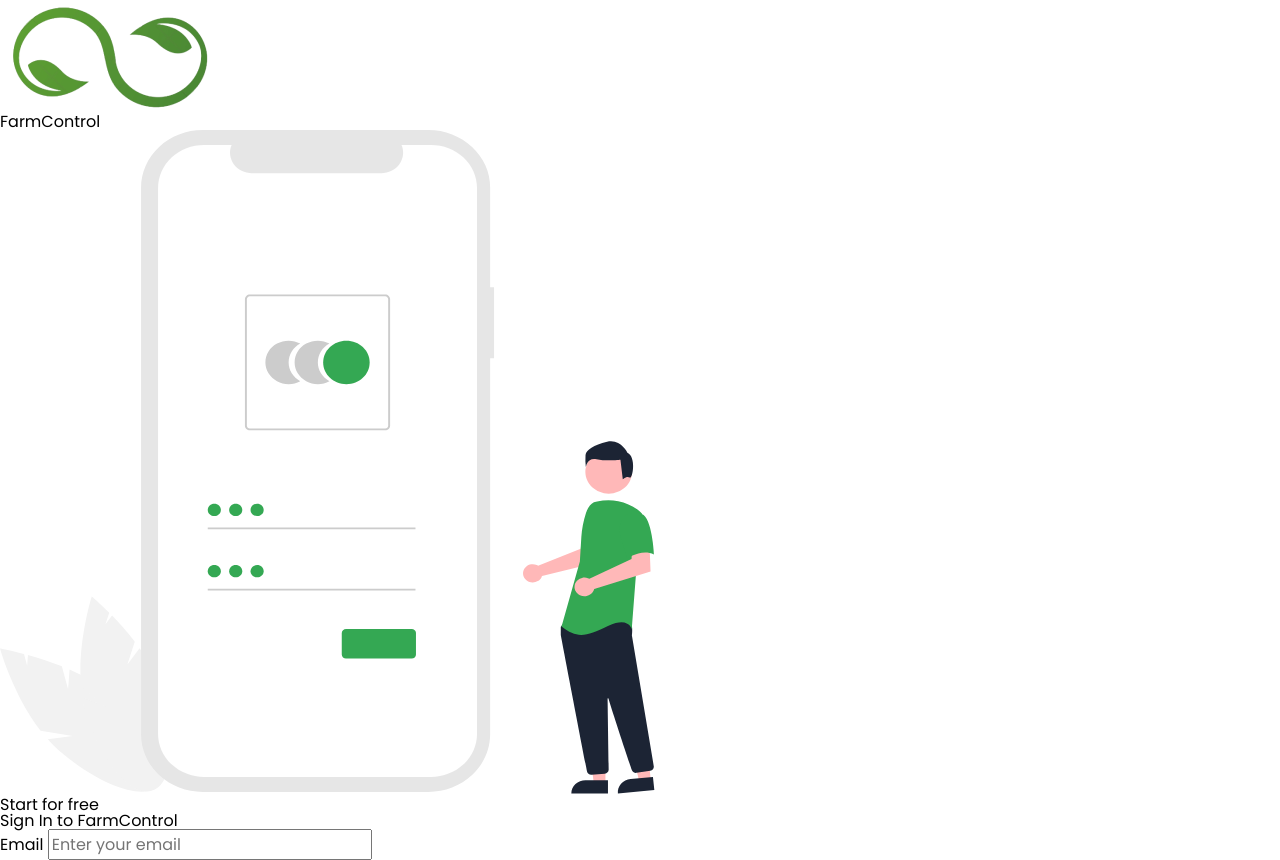
Repository: lehuyen307/System-monitor-plant-healthy-final
Page: ui/login.html
The author's editor kept a copy of each file at every save. The page is drawn from the files as they stood at one save, then again after the next save.
The browser window is 1280 px wide. The pictures show the whole page.
Some web libraries are served in a nearby version.

Above is the page before, as saved 2023-11-09 17:04:13.
Console error: TypeError: Cannot read properties of null (reading 'addEventListener')

After the next save:
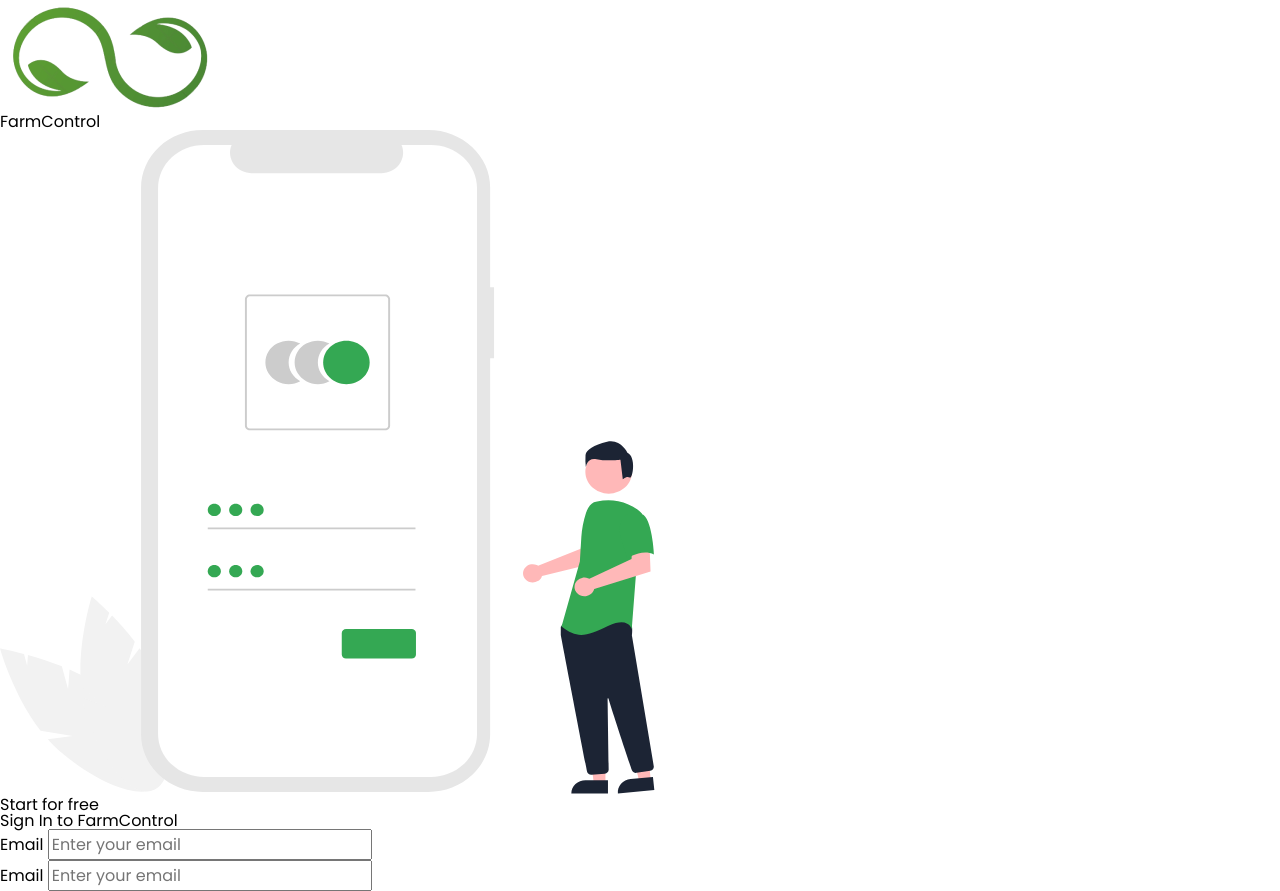
Saved 6 s later.
--- a/ui/login.html
+++ b/ui/login.html
@@ -137,6 +137,16 @@
                                     id="email"
                                 />
                             </div>
+                            <div class="form__info">
+                                <label for="email">Email</label>
+                                <input
+                                    type="text"
+                                    class="input"
+                                    placeholder="Enter your email"
+                                    name="email"
+                                    id="email"
+                                />
+                            </div>
                         </form>
                     </div>
                 </div>
